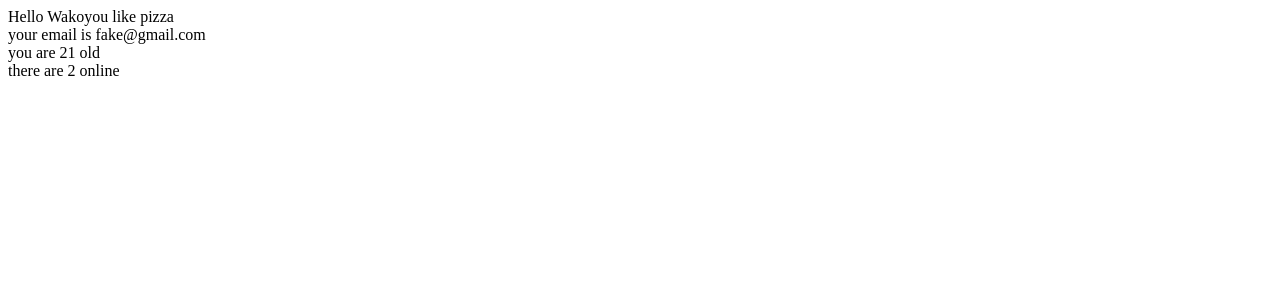
Repository: wakoya-tech/my-php-exercise
Page: http://localhost/
An editor plug-in stored every save of this project. The page is shown before and after the next save, followed by the edit.
The browser window is 1280 px wide. The pictures show the whole page.
The page is run by PHP 8.4 with error messages shown; the project is at /var/www/html/.

Above is the page before, as saved 2025-12-09 09:45:21.

### Documents/MyPhp/index.php
<?php
$name = "Wako";
$food = "pizza";
$email = "fake@gmail.com";
$age = 21;
$users = 2;
echo "Hello {$name}";
echo "you like {$food} <br>";
echo "your email is {$email}<br>";
echo "you are {$age} old <br>";
echo "there are {$users} online";

After the next save:
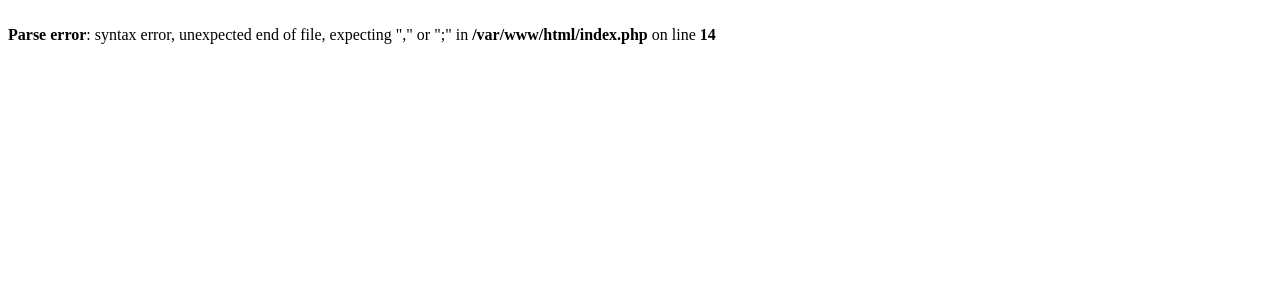
Saved 98 s later.
--- a/Documents/MyPhp/index.php
+++ b/Documents/MyPhp/index.php
@@ -4,8 +4,10 @@
 $email = "fake@gmail.com";
 $age = 21;
 $users = 2;
+$quantity=3;
 echo "Hello {$name}";
 echo "you like {$food} <br>";
 echo "your email is {$email}<br>";
 echo "you are {$age} old <br>";
-echo "there are {$users} online";
+echo "there are {$users} users online";
+echo "you would like to buy {$quantity}<br>"

After the save that followed:
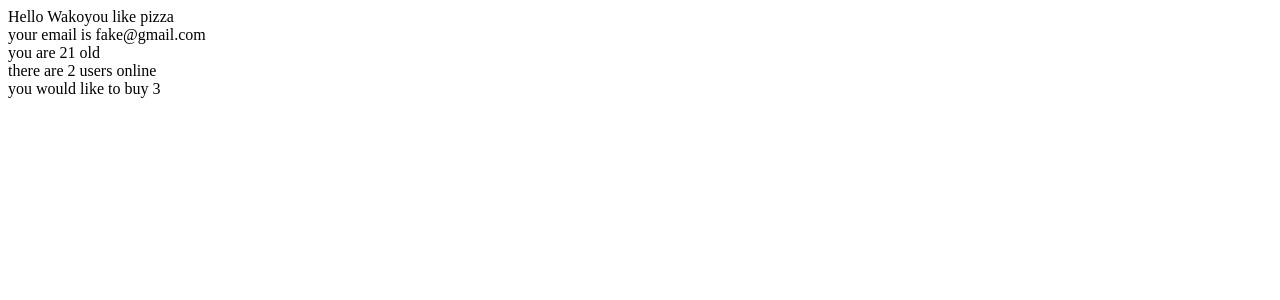
Saved 25 s later.
--- a/Documents/MyPhp/index.php
+++ b/Documents/MyPhp/index.php
@@ -4,10 +4,10 @@
 $email = "fake@gmail.com";
 $age = 21;
 $users = 2;
-$quantity=3;
+$quantity = 3;
 echo "Hello {$name}";
 echo "you like {$food} <br>";
 echo "your email is {$email}<br>";
 echo "you are {$age} old <br>";
-echo "there are {$users} users online";
-echo "you would like to buy {$quantity}<br>"
+echo "there are {$users} users online<br>";
+echo "you would like to buy {$quantity}";
